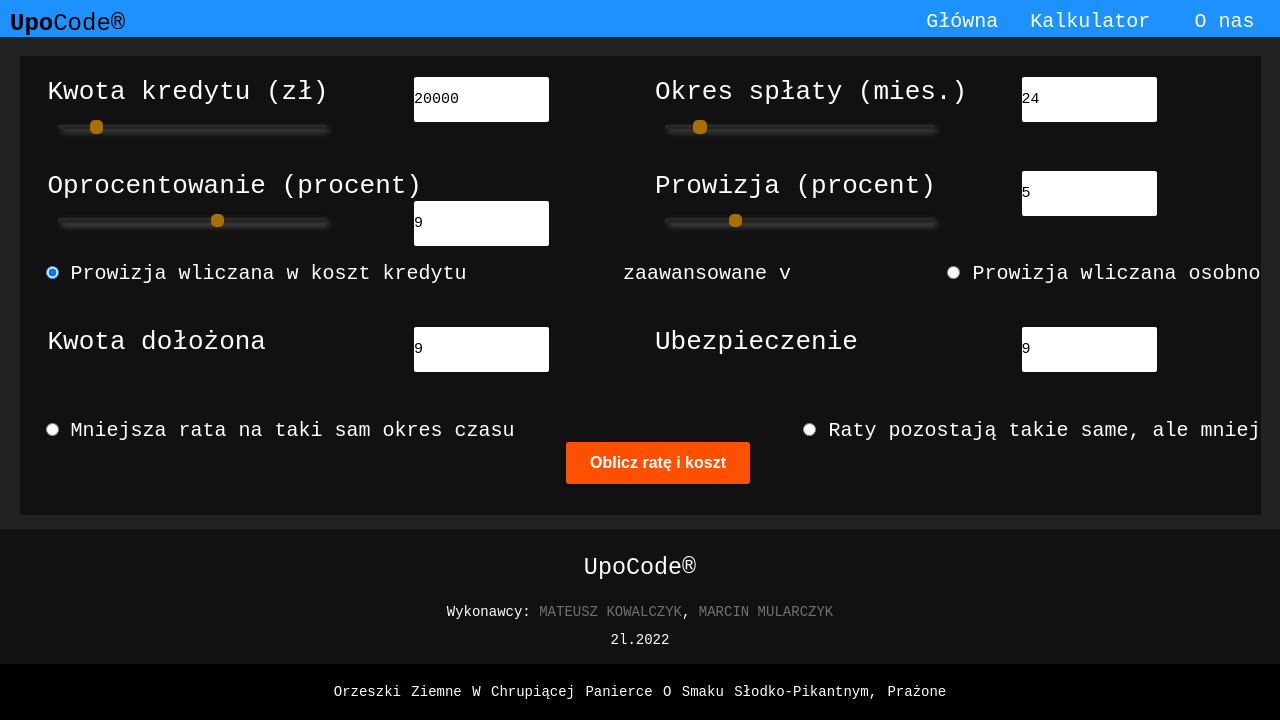
Repository: Klemingway/egzamin
Page: kalkulator.html
An editor plug-in stored every save of this project. The page is shown before and after the next save, followed by the edit.
The browser window is 1280 px wide. The pictures show the whole page.

Above is the page before, as saved 2023-01-25 12:19:23.

### kalkulator.html
<!DOCTYPE html>
<html lang="pl">

<head>
    <meta charset="UTF-8">
    <meta http-equiv="X-UA-Compatible" content="IE=edge">
    <meta name="viewport" content="width=device-width, initial-scale=1.0">
    <link rel="stylesheet" href="style/styl.css">
    <link rel="shortcut icon" href="img/ikonna.png" type="image/x-icon">
    <script src="js/script.js"></script>
    <title>Bankowy</title>
</head>
<header>

    <div id="hod">
        <a style="text-decoration: none;color: white;" href="index.html">Główna</a>
        <a style="text-decoration: none;color: white;" href="kalkulator.html">Kalkulator</a> &puncsp;
        <div id="hod1"><a style="text-decoration: none; color: white;" href="bl.html">O nas</a></div>
    </div>
    <div id="hzd">
        <b>Upo</b>Code®
    </div>
</header>

<div id="gl">

    <div id="d1" class="d">
        Kwota kredytu (zł)
        <input type="text" name="kwota" pattern="[0-9]" id="kwota" class="wej" value="20000" onchange="document.getElementById('r1').value = this.value/1000"><br>
        <input type="range" min="1" max="150" value="20" id="r1" class="slider" oninput="document.getElementById('kwota').value = this.value*1000; ">
    </div>

    <div id="d2" class="d">
        Okres spłaty (mies.)
        <input type="text" name="splata" pattern="[0-9]" id="splata" class="wej" value="24" onchange="document.getElementById('r2').value = this.value"><br>
        <input type="range" min="12" max="120" value="24" id="r2" class="slider" oninput="document.getElementById('splata').value = this.value;">
    </div>


    <div id="d3" class="d">
        Oprocentowanie (procent)
        <input type="text" name="splata" pattern="[0-9]" id="oproc" class="wej" value="9" onchange="document.getElementById('r3').value = this.value*100"><br>
        <input type="range" min="1" max="1500" value="900" id="r3" class="slider" oninput="document.getElementById('oproc').value = this.value/100;">
    </div>

    <div id="d4" class="d">
        Prowizja (procent)
        <input type="text" name="prowiz" pattern="[0-9]" id="prowiz" class="wej" value="5" onchange="document.getElementById('r4').value = this.value"><br>
        <input type="range" min="0" max="20" value="5" id="r4" class="slider" oninput="document.getElementById('prowiz').value = this.value;">
    </div>

    <div id="d5" class="dradio">
        <label class="l1">
        <input type="radio" checked name="choice" value="wariant1" class="radio"> Prowizja wliczana w koszt kredytu
        </label>
        <label class="l2">
            <input type="radio" name="choice" value="wariant2" class="radio">
            Prowizja wliczana osobno
        </label>
    </div>
    <br>
    <div id="d6">
        <a onclick="zaawansowane()" style="margin-bottom: 100px;">zaawansowane v</a>
    </div>
    <div id="d8" class="d">
        Kwota dołożona
        <input type="text" name="kwotadodana" pattern="[0-9]" id="kwotadodana" class="wej" value="9">
    </div>
    <div id="d9" class="d">
        Ubezpieczenie
        <input type="text" name="ubezpieczenie" pattern="[0-9]" id="ubezpieczenie" class="wej" value="9">
    </div>
    <div id="d10" class="dradio">
        <label class="l1">
            <input type="radio" name="choice2" class="radio" value="rat_tyle_samo">
            Mniejsza rata na taki sam okres czasu
        </label>
        <label class="l2">
            <input type="radio" name="choice2" class="radio" value="rat_mniej">
            Raty pozostają takie same, ale mniej
        </label>
    </div>
    <div id="d7">
        <input type="button" id="guzik" value="Oblicz ratę i koszt" onclick="test()">
    </div>

</div>
<!-- <div id="wyniki">

</div> -->



<footer>
    <div id="zawfoot">
        <h3>UpoCode®</h3>
        <p>Wykonawcy: <span>Mateusz Kowalczyk</span>, <span>Marcin Mularczyk</span><br>2l.2022</p>

    </div>
    <div class="dol">
        <p>Orzeszki ziemne w chrupiącej panierce o smaku słodko-pikantnym, prażone

        </p>
    </div>
</footer>

</body>

</html>

### style/styl.css
html,
body {
    padding: 0;
    margin: 0;
    font-family: monospace;
    background-color: #222222;
    overflow-x: hidden;
    min-height: 100%;
}

body::-webkit-scrollbar {
    width: 0.6em;
}

body::-webkit-scrollbar-track {
    -webkit-box-shadow: inset 0 0 6px rgba(0, 0, 0, 0.3);
}

body::-webkit-scrollbar-thumb {
    background-color: rgb(255, 136, 0);
}

body::-webkit-scrollbar-thumb:hover {
    background: rgba(255, 136, 0, 0.582);
}


/* header */

header {
    z-index: 5;
    text-decoration: none;
    padding-top: 0.5em;
    position: sticky;
    top: 0;
    height: 5vh;
    background-color: #1d92ff;
    width: 100vw;
    font-size: 20px;
}

#hzd {
    font-size: 1.2em;
    padding-left: 10px;
    background-color: #1d92ff;
}

#hod {
    float: right;
    word-spacing: 20px;
    margin-right: 2vw;
}

#hod1 {
    float: right;
    word-spacing: 0px;
}

#fw {
    position: relative;
    margin-top: 20px;
}


/* koniec headera */

#gl {
    padding-top: 1.5em;
    padding-left: 2em;
    padding-bottom: 2em;
    justify-content: center;
    background-color: #111111;
    color: white;
    margin: 1.5em;
    min-height: 20vh;
}


/* #d1 {
    background-color: aqua;
}

#d2 {
    background-color: brown;
}

#d3 {
    background-color: olive;
}

#d4 {
    background-color: orangered;
} */

#gll {
    background-color: #ff5000;
    width: 100%;
    height: auto;
    border: #ff5000 1px solid;
}

.dradio {
    font-size: 20px;
    padding-top: 5px;
    width: 100%;
    margin-bottom: 1em;
    /* background-color: gold; */
}

.l1 {
    float: left;
}

.l2 {
    float: right;
}

#d6 {
    font-size: 20px;
    padding-top: 5px;
    width: 100%;
    text-align: center;
    margin-bottom: 2em;
    /* background-color: rgb(0, 255, 115); */
}

#d7 {
    margin: 5px;
    display: flex;
    width: 100%;
    justify-content: center;
}

.d {
    word-wrap: break-word;
    font-size: 2em;
    padding: 2px;
    width: 50%;
    float: left;
    min-height: 13vh;
    padding-right: 4em;
}

#wyniki {
    min-height: 25em;
    margin-bottom: 3em;
}


/* wejscia wyjscia */

.wej {
    float: right;
    border-radius: 2px;
    outline: none;
    border: none;
    font-family: monospace;
    height: 3em;
    width: 9em;
    font-size: 15px;
}

.slider {
    margin: 10px;
    -webkit-appearance: none;
    outline: none;
    border-radius: 3px;
    height: 0.6vh;
    width: 21vw;
    background-color: rgb(37, 37, 37);
    box-shadow: 3px 3px 6px rgb(89, 88, 92), inset 1px 1px 1px #313131;
}

.slider::-webkit-slider-thumb {
    -webkit-appearance: none;
    width: 1em;
    height: 1em;
    cursor: pointer;
    background-color: rgb(168, 111, 5);
    overflow: visible;
    border-radius: 5px;
}

#guzik {
    display: inline-block;
    outline: none;
    cursor: pointer;
    font-weight: 600;
    border-radius: 3px;
    padding: 12px 24px;
    border: 0;
    color: #fff;
    background: #ff5000;
    line-height: 1.15;
    font-size: 16px;
}

#guzik:hover {
    transition: all .1s ease;
    box-shadow: 0 0 0 0 #fff, 0 0 0 3px #1d92ff;
}


/* footer */

footer {
    position: absolute;
    bottom: 0;
    width: 100%;
    left: 0;
    right: 0;
    background: #111;
    height: auto;
    width: 100vW;
    font-family: monospace;
    padding-top: 20px;
    color: white;
}

#zawfoot {
    display: flex;
    align-items: center;
    justify-content: center;
    flex-direction: column;
    text-align: center;
}

#zawfoot h3 {
    font-size: 1.8rem;
    font-weight: 400;
    text-transform: capitalize;
    line-height: 3rem;
}

#zawfoot p {
    max-width: 500px;
    margin: 10px auto;
    line-height: 28px;
    font-size: 14px;
}

* {
    margin: 0;
    padding: 0;
    box-sizing: border-box;
}

.dol {
    background: #000;
    width: 100vw;
    padding: 20px 0;
    text-align: center;
}

.dol p {
    font-size: 14px;
    word-spacing: 2px;
    text-transform: capitalize;
}

#zawfoot span {
    text-transform: uppercase;
    opacity: .4;
    font-weight: 200;
}


/* koniec footera */

@media (max-width: 650px) {
    .d {
        padding-right: 1em;
        width: 100%;
        padding-bottom: 0;
        margin-bottom: 1.5em;
    }
    .slider {
        width: 100%;
    }
    .wej {
        width: 100%;
    }
    #gl {
        padding: 1em;
    }
    footer {
        position: relative;
    }
    #d5 {
        text-align: center;
    }
}

### js/script.js




function zaokrongl(variable) {
    return Math.round(variable * 100) / 100;
}
document.addEventListener('mouseup', function(e) {
    if(e.target.id == "dwd"){
        zamknij();
    }
    else if(e.target.id == "dwd2"){
        zamknij1();
    }
});
function tableCreate2(splata, k, oprocentowanie, kwota, rata, prowizja, kwota_dodana) {
    console.log("kwota: " + kwota);
    //tu sie dzieje magia sztańska i wgl ale no uwu
    var a = document.getElementById("wyniki2");
    // czyszczenie diva
    a.innerHTML = '';
    //ustawiamy sobie stałą
    const wyniki = document.a,
    // do tej stałej tworzymy element div
    div = document.createElement('div');
    // ustawiamy id diva jako tabela
    div.setAttribute("id", "tabela");
    //tworzymy tabele
    tbl = document.createElement('table');
    // dopisujemy tabele do diva
    div.appendChild(tbl);
    tbl.style.width = '110px';
    tbl.style.border = '1px solid black';

    var odsetki = 0,   suma_odsetek = 0,    suma = 0;
    var kapital = 0,   suma = 0,            kwota_kredytu=0;

    var element1 = document.getElementById('advanced2');
    var choice2 = document.getElementsByName('choice2');
    if(element1!==null && choice2[1].checked==true){
        kwota_kredytu= kwota - kwota_dodana;
        console.log("kwota+kredytu: " + kwota_kredytu)
    }
    else{
        kwota_kredytu = kwota;
        console.log("kwota+kredytu: " + kwota_kredytu)
    }
    // prosta pętla myśle że nic nie trzeba tłumaczyć
    loop1:
    for (let i = 0; i <= splata; i++) {
        const tr = tbl.insertRow();
        loop2:
        for (let j = 0; j < 4; j++) {
            odsetki = (oprocentowanie / k) * kwota_kredytu;


            kapital = rata - odsetki;
            const td = tr.insertCell();
            if (i == 0 && j == 0) {
                td.appendChild(document.createTextNode("L.p."));
                td.style.fontSize = '20px';
            } else if (i == 0 && j == 1) {
                td.appendChild(document.createTextNode("Odsetki"));
                td.style.fontSize = '20px';
            } else if (i == 0 && j == 2) {
                td.appendChild(document.createTextNode("Kapitał"));
                td.style.fontSize = '20px';
            } else if (i == 0 && j == 3) {
                td.appendChild(document.createTextNode("Wysokość raty"));
                td.style.fontSize = '20px';
            }
            if (j == 0 && i != 0) {
                if(kapital>=rata){
                    break loop1;
                }
                td.appendChild(document.createTextNode(i));
            } else if (j == 1 && i != 0) {
                suma_odsetek += odsetki;
                td.appendChild(document.createTextNode(zaokrongl(odsetki)));
            } else if (j == 2 && i != 0) {
                kwota_kredytu -= kapital;
                td.appendChild(document.createTextNode(zaokrongl(kapital)));
            } else if (j == 3 && i != 0) {
                suma += rata;
                td.appendChild(document.createTextNode(rata));
            }
            td.style.border = '1px solid black';

        }
    }
    console.log("Suma: "+suma)
    console.log("Suma odsetek: "+suma_odsetek)
    a.appendChild(div);
}
function obliczanie(I,N,oprocentowanie,choice,n,zaplata,prowizja,suma,k,kwota_dodana){
    var choice2 = document.getElementsByName('choice2');

        // jeżeli wybrane żeby Prowizja wliczana w koszt kredytu to wtedy to się liczy
        if (choice[0].checked == true) {
            prowizja = (document.getElementById("prowiz").value) / 100;

            prowizja = prowizja * N;
            // doliczamy prowizję do kwoty kredytu
            N = N * 1 + prowizja;

            // jeżeli okres spłaty wynosi mniej niż 12 miesięcy to analogicznie w roku
            // zapłacimy równowartość tego okresu bo w roku mamy max 12 rat
            k = 12;
            if (n < 12) {
                k = n;
            }
            for (var i = 1; i <= n; i++) {
                // no to tutaj przepisany wzór z matematycznego na kodowanie
                suma += Math.pow((1 + (oprocentowanie / k)), -i);
            }
            // tutaj jest licznik podzielony przez mianownik
            I = N / suma;
            // mnożymy naszą ratę razy ilość rat aby otrzymać ile będziemy musieli oddać bankowi
            zaplata = I * n;
            console.log("N: " + N)

            tableCreate2(n, k, oprocentowanie, N, zaokrongl(I), prowizja,kwota_dodana)
            document.getElementById("wyniki").innerHTML = "Wysokość raty: " + zaokrongl(I) + "<br>" +
                "Całkowita kwota do spłaty: " + zaokrongl(zaplata);

        // jeżeli wybrane żeby Prowizja wliczana osobno to wtedy to się liczy
        } else if (choice[1].checked == true) {
            prowizja = (document.getElementById("prowiz").value) / 100;
            prowizja = prowizja * N;
            // jeżeli okres spłaty wynosi mniej niż 12 miesięcy to analogicznie w roku zapłacimy równowartość tego okresu bo w roku mamy max 12 rat
            k = 12;
            if (n < 12) {
                k = n;
            }
            for (var i = 1; i <= n; i++) {
                // no to tutaj przepisany wzór z matematycznego na kodowanie
                suma += Math.pow((1 + (oprocentowanie / k)), -i);
            }
            // tutaj jest licznik podzielony przez mianownik
            I = N / suma;
            // mnożymy naszą ratę razy ilość rat aby otrzymać ile będziemy musieli oddać bankowi
            zaplata = I * n;
            // doliczamy prowizję po wszystkich obliczeniach
            zaplata = zaplata + prowizja;
            console.log("N: " + N)
            tableCreate2(n, k, oprocentowanie, N, zaokrongl(I), prowizja,kwota_dodana)
            document.getElementById("wyniki").innerHTML = "Wysokość raty: " + zaokrongl(I) + "<br>" +
                "Całkowita kwota do spłaty: " + zaokrongl(zaplata);
        }
        else{
            console.log("wda")
        }
        document.getElementById("dwd").style.backdropFilter = "blur(7px)";
        document.getElementById("wyniki").innerHTML += "<br><input type=\"button\" id='guzior1' onclick=\"pokaz()\" value=\"pokaż harmonogram rat\">";

}
function test() {
    document.getElementById("wyniki").style.visibility = "visible"; // a to to nwm pan mularczyk robił
    var I, N, oprocentowanie, k, n, suma = 0, zaplata, prowizja = 0;

    N = document.getElementById("kwota").value; // kwota kredytu
    oprocentowanie = document.getElementById("oproc").value/100; // oprocentowanie kredytu
    n = document.getElementById("splata").value; // okres splaty

    var choice = document.getElementsByName('choice');

    //////////////////////////////////////
    //                                  //
    // sprawdzenie czy jest rozwinięte  //
    //                                  //
    //////////////////////////////////////

    var element1 = document.getElementById('advanced2');
    var element2 = document.getElementById('advanced2');
    if(element1 !== null  && element2 !== null){
        var kwota_dodana = document.getElementById("kwotaDodana").value;
        var choice2 = document.getElementsByName('choice2'); // zaawansowane
        if(choice2[0].checked == true){
            console.log(kwota_dodana + "  " + "tyle samo rat ale mniejsza cena")
            //////////////////////////////////////////
            //                                      //
            //    tyle samo rat ale mniejsza cena   //
            //                                      //
            //////////////////////////////////////////
            N -= kwota_dodana;
            console.log("Nigger: " + N)
            obliczanie(I,N,oprocentowanie,choice,n,zaplata,prowizja,suma,k,kwota_dodana);

        }
        if(choice2[1].checked == true){
            console.log(kwota_dodana + "  " + "Mniej rat, po tej samej cenie raty")
            //////////////////////////////////////////
            //                                      //
            //  Mniej rat, po tej samej cenie raty  //
            //                                      //
            //////////////////////////////////////////


            obliczanie(I,N,oprocentowanie,choice,n,zaplata,prowizja,suma,k,kwota_dodana);
        }


    }
    else{
        obliczanie(I,N,oprocentowanie,choice,n,zaplata,prowizja,suma,k);
    }

}

function pokaz() {
    document.getElementById("dwd").style.visibility = "visible";
}

function zamknij() {
    document.getElementById("dwd").style.visibility = "hidden";
}
function pokaz1() {
    document.getElementById("dwd2").style.backdropFilter = "blur(7px)";
    document.getElementById("dwd2").style.visibility = "visible";
}

function zamknij1() {
    document.getElementById("dwd2").style.visibility = "hidden";
}

function zaawansowane(){
    var element = document.getElementById('advanced2');
    if(element === null){
        var a = document.getElementById("tabelka");
        const wyniki = document.a,
        /////////////////////////////////////////
        //                                     //
        //          input text kwata           //
        //                                     //
        /////////////////////////////////////////
        trA = document.createElement('tr');
        trA.setAttribute("id","advancedText");
        trA.setAttribute('style','position:relative; padding-top:200px; height:40px;')


        tdA = document.createElement('td');
        tdB = document.createElement('td');

        inputA = document.createElement('input');
        inputA.setAttribute('type','text');
        inputA.setAttribute('id','kwotaDodana');

        tdA.innerHTML += "Kwota dołożona";
        tdB.appendChild(inputA);
        trA.appendChild(tdA);
        trA.appendChild(tdB);
        a.appendChild(trA);

        tdA = document.createElement('td');
        tdB = document.createElement('td');

        inputA = document.createElement('input');
        inputA.setAttribute('type','text');
        inputA.setAttribute('id','ubezpieczenie');

        tdA.innerHTML += "Ubezpieczenie";
        tdB.appendChild(inputA);
        trA.appendChild(tdA);
        trA.appendChild(tdB);

        //a.appendChild(trB);
        a.appendChild(trA);

        /////////////////////////////////////////
        //                                     //
        //            inputy radio             //
        //                                     //
        /////////////////////////////////////////

        tr2 = document.createElement('tr');
        tr2.setAttribute("id", "advanced2");
        td1 = document.createElement('td');
        td1.setAttribute("colspan", "2");
        td1.setAttribute('style','text-align:center;');
        //style="text-align: center;"
        br = document.createElement('br');

        label1 = document.createElement('label');
        input1 = document.createElement('input');
        input1.setAttribute('type','radio');
        input1.setAttribute('name','choice2');
        input1.setAttribute('class','radio');
        input1.setAttribute('value','rat_mniej');

        label1.appendChild(input1);
        label1.innerHTML += ' Raty pozostają takie same, ale mniej';

        td2 = document.createElement('td');
        td2.setAttribute("colspan", "2");
        td2.setAttribute('style','text-align:center;');
        label2 = document.createElement('label');
        input2 = document.createElement('input');
        input2.setAttribute('type','radio');
        input2.setAttribute('name','choice2');
        input2.setAttribute('class','radio');
        input2.setAttribute('value','rat_tyle_samo');


        label2.appendChild(input2);
        label2.innerHTML += ' Mniejsza rata na taki sam okres czasu';


        td1.appendChild(br);
        td1.appendChild(label1);

        td2.appendChild(br);
        td2.appendChild(label2);

        tr2.appendChild(td2);
        tr2.appendChild(td1);

        a.appendChild(tr2);

        clicked = false;
    }
    else{
        var elem = document.getElementById("advanced2");
        elem.parentNode.removeChild(elem);
        elem = document.getElementById("advancedText");
        elem.parentNode.removeChild(elem);
    }
}

After the next save:
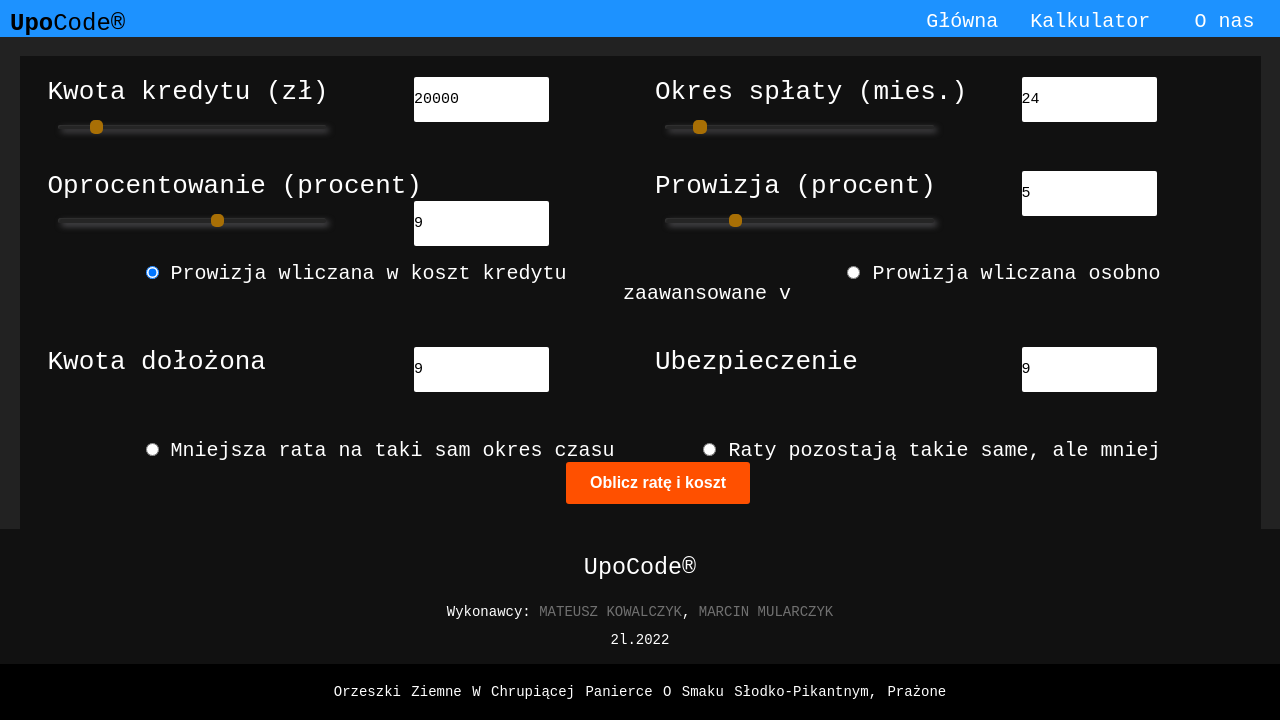
Saved 36 s later.
--- a/style/styl.css
+++ b/style/styl.css
@@ -102,6 +102,8 @@ header {
 .dradio {
     font-size: 20px;
     padding-top: 5px;
+    padding-left: 5em;
+    padding-right: 5em;
     width: 100%;
     margin-bottom: 1em;
     /* background-color: gold; */
